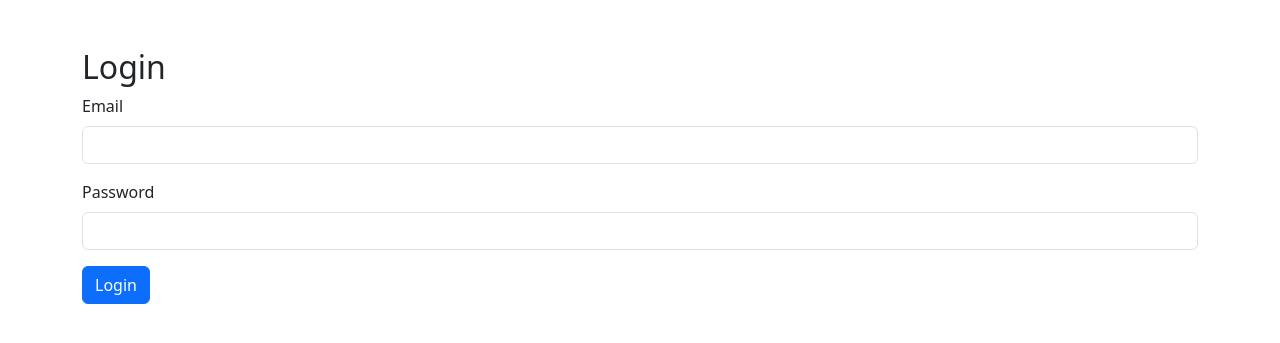
Repository: Abdulahi338/Authentication-using-laravel-11
Page: http://localhost/login
These files come from the project's save history. The page is drawn as it stood at one moment and after the next save; the edit follows.
The browser window is 1280 px wide. The pictures show the whole page.
The page is served by the project's Laravel application, run on PHP 8.4 with Laravel 12. Other server files are loaded and not shown.

Above is the page before, as saved 2024-09-25 09:49:04.

### routes/web.php
<?php

use Illuminate\Support\Facades\Route;
use App\Http\Controllers\AuthController;  // Import the AuthController

Route::get('/register', function () {
    return view('auth.register');
});


Route::post('/register', [AuthController::class, 'register']);

Route::post('/login', [AuthController::class, 'login']); // POST for login
Route::get('/login', function () {
    return view('auth.login'); // GET for displaying the login form
});

Route::get('/verify-email/{token}', [AuthController::class, 'verifyEmail']);
Route::get('/dashboard', [AuthController::class, 'dashboard'])->name('dashboard');

Route::post('/logout', [AuthController::class, 'logout'])->name('logout');

Route::post('/resend-verification', [AuthController::class, 'resendVerification'])->name('verification.resend');


Route::get('/verification-notice', function () {
    return view('auth.verification-notice');
})->name('verification.notice');

### resources/views/auth/login.blade.php
{{-- resources/views/auth/login.blade.php --}}
<!DOCTYPE html>
<html lang="en">
<head>
    <meta charset="UTF-8">
    <meta name="viewport" content="width=device-width, initial-scale=1.0">
    <link href="https://cdn.jsdelivr.net/npm/bootstrap@5.3.0-alpha1/dist/css/bootstrap.min.css" rel="stylesheet">
    <title>Login</title>
</head>
<body>
    <div class="container mt-5">
        <h2>Login</h2>

        @if(session('message'))
            <div class="alert alert-info">{{ session('message') }}</div>
        @endif

        <form action="{{ url('/login') }}" method="POST">
            @csrf
            <div class="mb-3">
                <label for="email" class="form-label">Email</label>
                <input type="email" class="form-control" id="email" name="email" required>
            </div>
            <div class="mb-3">
                <label for="password" class="form-label">Password</label>
                <input type="password" class="form-control" id="password" name="password" required>
            </div>
            <button type="submit" class="btn btn-primary">Login</button>
        </form>

        <!-- Resend Verification Email Section -->

    </div>
</body>
</html>

After the next save:
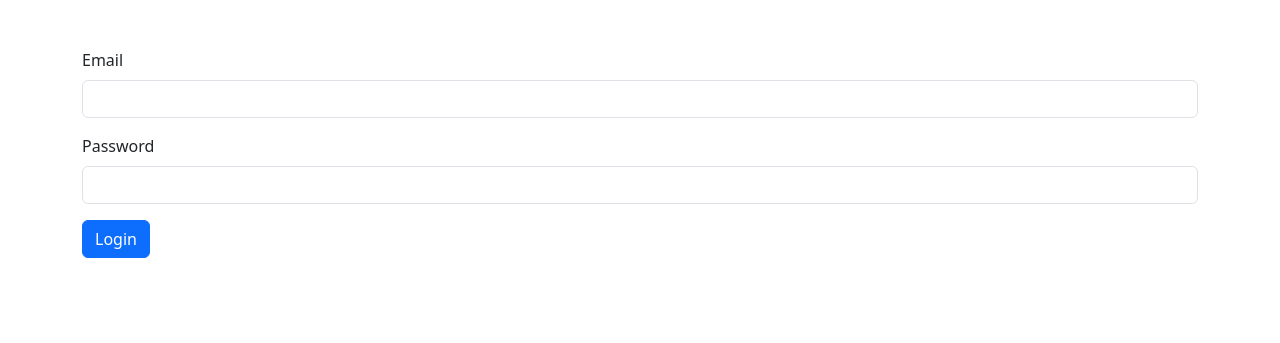
Saved 63 s later.
--- a/resources/views/auth/login.blade.php
+++ b/resources/views/auth/login.blade.php
@@ -9,11 +9,7 @@
 </head>
 <body>
     <div class="container mt-5">
-        <h2>Login</h2>
 
-        @if(session('message'))
-            <div class="alert alert-info">{{ session('message') }}</div>
-        @endif
 
         <form action="{{ url('/login') }}" method="POST">
             @csrf

After the 2 saves that followed:
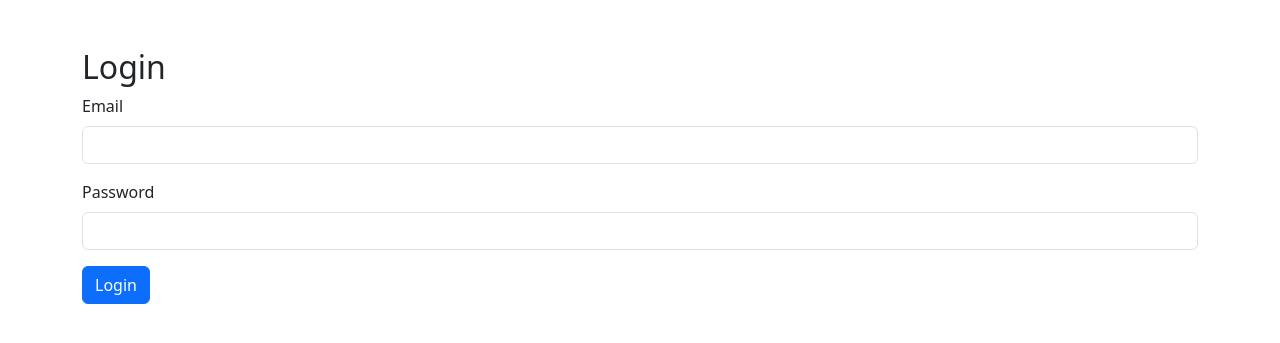
The 2 saves are shown as one change because they came seconds apart.
The last was saved 13 s later.
--- a/resources/views/auth/login.blade.php
+++ b/resources/views/auth/login.blade.php
@@ -12,6 +12,11 @@
 
 
         <form action="{{ url('/login') }}" method="POST">
+            <h2>Login</h2>
+
+            @if(session('message'))
+                <div class="alert alert-info">{{ session('message') }}</div>
+            @endif
             @csrf
             <div class="mb-3">
                 <label for="email" class="form-label">Email</label>
